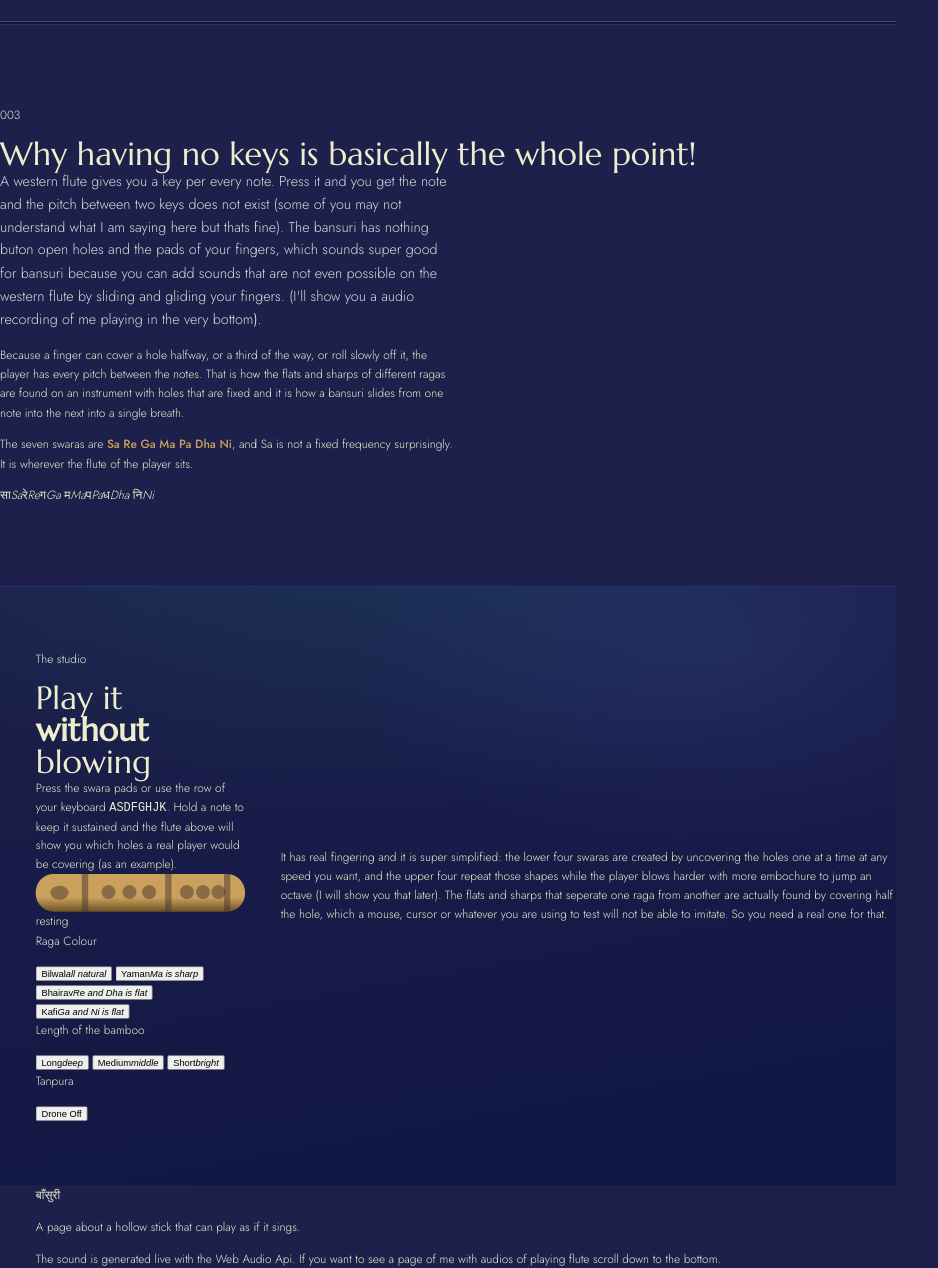
Repository: manayparikh1/Bansi
Page: index.html
The author's editor kept a copy of each file at every save. The page is drawn from the files as they stood at one save, then again after the next save.
The browser window is 1280 px wide. The page is 1340 px wide, so the pictures cover 1340 px, including what lies to the right of the window. The pictures show the part of the page from y = 4208 to 6048 px (the page is 6020 px tall before and 6048 px after), at 70% of full size.

Above is the page before, as saved 2026-09-21 15:12:31.

### index.html
<!DOCTYPE html>
<html lang="en">

<head>
    <meta charset="utf-8">
    <meta name="viewport" content="width=device-width, initial-scale=2.0">
    <title>Bansuri ——— the flute with NO keys</title>
    <link rel="preconnect" href="https://fonts.googleapis.com">
    <link rel="preconnect" href="https://fonts.gstatic.com" crossorigin>
    <link href="https://fonts.googleapis.com/css2?family=Marcellus&family=Jost:wght@300;400;500&display=swap"
        rel="stylesheet">
    <link rel="stylesheet" href="style.css">
</head>

<body>
    <div class="stars"></div>
    <nav class="bar">
        <span class="mark">बाँसुरी</span>
        <div class="links">
            <a href="#what">The bamboo object</a>
            <a href="#story">The story of it</a>
            <a href="#play">How is it actually played?</a>
            <a href="#studio" class="hot">Wanna try it?</a>
        </div>
    </nav>
    <!-- ===Hero=== -->
    <header class="hero" id="top">
        <div class="hero-inner">
            <p class="eyebrow">A cylinder full of life...and bamboo. Six holes. No keys, reeds, or metal anywhere.</p>
            <h1>The flute that<br>breaths like<br><em>a voice</em></h1>
            <p class="stand">
                There is actually nothing inside a bansuri. It is a piece of bamboo that comes in all shapes and sizes.
                And it is closed at one end with the holes of it burned throughout it on its surface by hand. Everything
                else comes out of a player's fingers and breath.
            </p>
            <a class="cta" href="#studio">Play one below? Scroll down.</a>
        </div>

        <div class="hero-flute">
            <div class="tube big">
                <span class="node n1"></span>
                <span class="node n2"></span>
                <span class="blow"></span>
                <span class="hole h0"></span>
                <span class="hole h1"></span>
                <span class="hole h2"></span>
                <span class="hole h3"></span>
                <span class="hole h4"></span>
                <span class="hole h5"></span>
            </div>
        </div>
        <a class="scroll-hint" href="#what">scroll</a>
    </header>

    <!-- ==1. the object-->
    <section class="band" id="what">
        <div class="wrap two-col">
            <div class="col-head">
                <p class="num">01</p>
                <h2>What even is a Bansuri?</h2>
            </div>
            <div class="col-body">
                <p class="lead">
                    A bansuri is a piece of bamboo and it is closed at one end with a blowing hole cut a few centimeters
                    from the end thats closed and that are around 6 to 7 finger holes running down the body of it (the
                    bamboo). That is basically the entire design, so no mechnical keys or any kind of mechanism is
                    added.
                </p>
                <p>
                    Flutists or flautists hold it sideways and they angle it slightly down to the right, and blow across
                    the edge of the hole instead of actually into it. The length of the bamboo decides the pitch of the
                    sound.
                </p>
                <div class="fact">
                    <b>6 to 7</b>
                    <span>holes instead of keys for your fingers</span>
                </div>
                <div class="fact"><b>2.5</b><span>the octaves from six different holes</span></div>
                <div class="fact"><b>30, 75</b><span>the range of the flute</span></div>
                <div class="fact"><b>1</b><span>piece of bamboo</span></div>
            </div>

            <p class="aside-note">
                The same exact instrument turns up across the subcontinent under dozens of names for example bansi,
                marali,
                pullankuzhal, and venuvu and in the south its called venu which is basically a type of bansuri and it
                has I
                think eight holes and it plays with a bright tone in my opinion.
            </p>
        </div>
        </div>
    </section>
    <!-- == 2.story -->
    <section class="band tint" id="story">
        <div class="wrap two-col">
            <div class="col-head">
                <p class="num">02</p>
                <h2>From being a cow herdler to performing in a concert hall.</h2>
            </div>
            <div class="col-body">
                <p class="hello">
                    The bamboo flute (bansuri) is so old that nobody can actuall date it. And it is carved into various
                    religious temple walls like Buddhist, Hindu, and Jain. It is super important for Krishna, who is a
                    Hindu god that is depicted for playing the most beautiful flute scales EVER.
                </p>
                <p>
                    Honestly for most of the history it pretty much stayed as a folk instrument. It was small and played
                    in villages and it did not appear on atleast one Hindustani conert stage at all and that all changed
                    one <strong>lifetime</strong>.
                </p>

                <div class="people">
                    <div class="person">
                        <p class="years">1911-1960</p>
                        <h3>Pannalal Ghosh</h3>
                        <p>
                            He was born in Barisal and he rebuilt the instrument to make it fit for classical music. And
                            it was much more longer than any other flute that time, around 32 inches I believe. It
                            dropped the pitch and gave it the sustain effect a raga needs. He popularized the seventh
                            hole and studied under someone named Allauddin Khan. Before him the bansuri was not even a
                            concert instrument, it was used only for village songs. But he made such a big change that
                            after him it was.
                        </p>
                    </div>
                    <div class="person">
                        <p class="years">Born on 1938</p>
                        <h3>Hariprasad Chaurasia</h3>
                        <p>
                            He is still alive today and one of my favourite flute players in the world. He carried it
                            out of India. Fifty years of recordings across most of the major ragas. He taught gurukul in
                            Vrindavan, and collabed with Western musicians and he gave the bansuri a profile thats
                            comparable with the sitar.
                        </p>
                    </div>
                </div>
                <p class="tabla">
                    In a performance the bansuri is usually joined by another Indian instrument called the Tabla, which
                    many of you have heard. It is used for rhythm and a tanpura droning underneath, holding the tonic of
                    the bansuri so the never loses its pitch. You can switch that drone on in the studio below.
                    <strong>Try it</strong>.
                </p>
            </div>
        </div>
    </section>
    <!--==3. how is it ac played-->
    <section class="band" id="play" <div class="wrap two-col">

        <div class="col-head" <p class="num">003</p>
            <h2>Why having no keys is basically the whole point!</h2>
            <div>
                <div class="col-body">
                    <p class="lead">
                        A western flute gives you a key per every note. Press it and you get the note and the pitch
                        between two keys does not exist (some of you may not understand what I am saying here but thats
                        fine). The bansuri has nothing buton open holes and the pads of your fingers, which sounds super
                        good for bansuri because you can add sounds that are not even possible on the western flute by
                        sliding and gliding your fingers. (I'll show you a audio recording of me playing in the very
                        bottom).
                    </p>
                    <p>
                        Because a finger can cover a hole halfway, or a third of the way, or roll slowly off it, the
                        player has every pitch between the notes. That is how the flats and sharps of different ragas
                        are found on an instrument with holes that are fixed and it is how a bansuri slides from one
                        note into the next into a single breath.
                    </p>
                    <p>
                        The seven swaras are <b>Sa Re Ga Ma Pa Dha Ni</b>, and Sa is not a fixed frequency surprisingly.
                        It is wherever the flute of the player sits.
                    </p>
                    <div class="rowforswaras">
                        <span>सा<i>Sa</i></span><span>रे<i>Re</i></span><span>ग<i>Ga</i></span>
                        <span>म<i>Ma</i></span><span>प<i>Pa</i></span><span>ध<i>Dha</i></span>
                        <span>नि<i>Ni</i></span>
                    </div>
                </div>
            </div>
    </section>
    <!-- ===4.Studio=== -->
    <section class="thestudio" id="thestudio">
        <div class="wrap">
            <header class="studio-head">
                <p class="gold">The studio</p>
                <h2>Play it <strong>without</strong> blowing</h2>
                <p class="studiosub">
                    Press the swara pads or use the row of your keyboard
                    <kbd>A</kbd><kbd>S</kbd><kbd>D</kbd><kbd>F</kbd><kbd>G</kbd><kbd>H</kbd><kbd>J</kbd><kbd>K</kbd>.
                    Hold a note to keep it sustained and the flute above will show you which holes a real player would
                    be covering (as an example).
                </p>
            </header>
            <!-- the main primary instrument with the actually tube creation-->
            <div class="instrument" id="theflute">
                <div class="tube">
                    <span class="node n1"></span>
                    <span class="node n2"></span>
                    <span class="node n3"></span>
                    <span class="blow"></span>
                    <span class="hole h0" id="h0"></span>
                    <span class="hole h1" id="h1"></span>
                    <span class="hole h2" id="h2"></span>
                    <span class="hole h3" id="h3"></span>
                    <span class="hole h4" id="h4"></span>
                    <span class="hole h5" id="h5"></span>
                    <!-- only these much holes are enough because its good for beginners. -->
                </div>
                <p class="breath" id="breath">resting</p>
            </div>
            <!-- Controls -->
            <div class="thedesk">
                <div class="set">
                    <p class="set-label">Raga Colour</p>
                    <div class="thechips" id="thaats">
                        <button type="button" class="chip on" data-thaat="bilwal">Bilwal<i>all natural</i></button>
                        <button type="button" class="chip" data-thaat="yaman">Yaman<i>Ma is sharp</i></button>
                        <button type="button" class="chip" data-thaat="bhairav">Bhairav<i>Re and Dha is flat</i>
                        </button>
                        <button type="button" class="chip" data-thaat="kafi">Kafi<i>Ga and Ni is flat</i></button>
                    </div>
                </div>
                <div class="set">
                    <!-- testing straight from my flute -->
                </div>
                <p class="set-label">Length of the bamboo</p>
                <div class="thechips" id="sizes">
                    <button type="button" class="chip" data-base="220.00">Long<i>deep</i></button>
                    <button type="button" class="chip on" data-base="293.66">Medium<i>middle</i></button>
                    <button type="button" class="chip" data-base="392.00">Short<i>bright</i></button>
                </div>
            </div>
            <div class="set">
                <p class="set-label">Tanpura</p>
                <div class="thechips">
                    <button type="button" class="chip" id="drone">Drone Off</button>
                </div>
            </div>
        </div>
        <!-- Swara pads for the fingerings virtual padss-->
        <div class="thepads" id="thepads"></div>
        <p class="thefootnote">
            It has real fingering and it is super simplified: the lower four swaras are created by uncovering the holes
            one at a time at any speed you want, and the upper four repeat those shapes while the player blows harder
            with more embochure to jump an octave (I will show you that later). The flats and sharps that seperate one
            raga from another are actually found by covering half the hole, which a mouse, cursor or whatever you are
            using to test will not be able to imitate. So you need a real one for that.
        </p>
        </div>
    </section>
    <div class="wrap">
        <!-- this is written in devanagri and it is written the same in hindi and nepali बाँसुरी : flute-->
        <footer class="foot">
            <p class="foot-big">बाँसुरी</p>
            <p>A page about a hollow stick that can play as if it sings.</p>
            <p class="small">
                The sound is generated live with the Web Audio Api. If you want to see a page of me with audios of
                playing flute scroll down to the bottom.
            </p>
    </div>
    </footer>
    <!-- above is gonna be the footer -->
    <script src="app.js"></script>
</body>

</html>

### style.css
:root {
    --night: #1c204a;
    --violet: #30397d;
    --deep: #101644;
    --cream: #ededcc;
    --bamboo: #C9A15c;
    --bamboo2: #C9A15c;
    --marigold: #ec9c40;
    --rose: #f17458;
    --peacock: #49925e;
    --muted: #f2f2f2;
    --wrap: 1360px;
    --pad: clamp(20px, 4vw, 64px);
}

* {
    box-sizing: border-box;
}

html {
    scroll-behavior: smooth;
}

body {
    margin: 0;
    color: var(--cream);
    background: var(--night);
    font-family: 'Jost', Helvetica, Arial, sans-serif;
    font-size: 17px;
    font-weight: 300;
    line-height: 1.6;
    overflow-x: hidden;
}

h1,
h2,
h3 {

    font-family: 'Marcellus', Georgia, serif;
    font-weight: 410;
    margin: 0;
    line-height: 1.0;
}

p {
    margin: 0 0 1.1em;
}

p:last-child {
    margin-bottom: 0;
}

b {
    font-weight: 500;
    color: var(--bamboo);
}

em {
    font-style: normal;
    color: var(--marigold);
}

.wrap {
    width: 100%;
    max-width: var(--wrap);
    margin: 0 auto;
    padding: 0 var(--pad);
}

/*-- the field where stars are gonna be added --*/
.stars {
    position: fixed;
    inset: 0;
    z-index: 0;
    pointer-events: none;

    background-image: radial-gradient(1.4px 1.4px at 13% 18%, rgba(243, 234, 217, 0.55) 50%, transparent 51%),
        radial-gradient(1.2px 1.2px at 34% 63%, rgba(243, 234, 217, 0.4) 50%, transparent 51%),
        radial-gradient(1.6px 1.6px at 58% 24%, rgba(243, 234, 217, 0.5) 50%, transparent 51%),
        radial-gradient(1.2px 1.2px at 77% 69%, rgba(243, 234, 217, 0.36) 50%, transparent 51%),
        radial-gradient(1.5px 1.5px at 90% 35%, rgba(243, 234, 217, 0.45) 50%, transparent 51%),
        radial-gradient(1.2px 1.2px at 25% 85%, rgba(243, 234, 217, 0.35) 50%, transparent 51%),
        radial-gradient(1.3px 1.3px at 66% 88%, rgba(243, 234, 217, 0.39) 50%, transparent 51%),
}

body>*:not(.stars) {
    position: relative;
    z-index: 1;
}

/*-- Nav --*/
.bar {
    position: sticky;
    top: 0;
    z-index: 30;
    display: flex;
    justify-content: space-between;
    align-items: center;
    gap: 20px;
    backdrop-filter: blur(8px);
    border-bottom: 1px solid #2a2a5f;
    padding: 15px var(--pad);
    background: rgba(30, 36, 81, 0.87);
}

.mark {
    font-size: 22px;
    font-family: 'Marcellus', serif;
    color: var(--bamboo);
}

.links {
    display: flex;
    gap: 25px;
    flex-wrap: wrap;
}

.links a {
    font-size: 15px;
    color: var(--muted);
    text-decoration: none;
}

.links a:hover {
    color: var(--cream);
}

/* No matter what, marigold should be used for the hot class,
so !important is added to override any other styles that may be applied to it. */
.hot {
    color: var(--marigold) !important;
}

/*hero*/
/* I change the view height a bit to make it more visually appealing */
.hero {
    position: relative;
    min-height: calc(100vh - 57px);
    min-height: calc(100svh - 57px);
    display: flex;
    flex-direction: column;
    justify-content: center;
    padding: 40px var(--pad) 70px;
    background:
        radial-gradient(1100px 620px at 78% 22%, rgba(35, 42, 92, 0.85) 0%, transparent 70%),
        radial-gradient(760px 423px at 8% 85%, rgba(31, 165, 160, 0.1), transparent 70%);
}

.hero-inner {
    max-width: 680px;
}

.eyebrow {
    font-size: 12.5px;
    letter-spacing: 0.22em;
    text-transform: uppercase;
    color: var(--peacock);
    margin-bottom: 22px;
}

.eyebrow.g {
    color: var(--marigold);
}

h1 {
    font-size: clamp(42px, 6.6vw, 96px);
    margin-bottom: 26px;
}

.stand {
    max-width: 56ch;
    font-size: clamp(17px, 2.1vw, 22px);
    color: #7f7f7f;
    margin-bottom: 29px;
}

.cta {
    display: inline-block;
    letter-spacing: 0.05em;
    background: var(--bamboo);
    padding: 14px 29px;
    font-size: 15px;
    color: var(--night);
}

.cta:hover {
    background: var(--marigold);
}

.hero-flute {
    position: absolute;
    right: -5%;
    bottom: 11%;
    width: 62%;
    max-width: 890px;
    transform: rotate(-13.5deg);
    opacity: 0.945;
    pointer-events: none;
    animation: float 9s ease-in-out infinite;
}

/*helps with the animation of the design*/
.scroll-hint {
    position: absolute;
    left: var(--pad);
    bottom: 25px;
    letter-spacing: 0.3em;
    text-transform: uppercase;
    color: var(--muted);
    font-size: 12px;
}

/*bambooo*/
.tube {
    position: relative;
    border-radius: 26px;
    height: 54px;
    background: linear-gradient(180deg, var(--bamboo) 0%, var(--bamboo2) 62%, #6F5124 100%);
}

/*be careful of spacing because there was syntax-errors*/
.tube.big {
    height: 62px;
    border-radius: 30px;
}

.node {
    position: absolute;
    top: 0;
    bottom: 0;
    width: 9px;
    background: rgba(73, 55, 46, 0.5)
}

/* THE FLUTE PIC TyPE OF THING WILL BE ON THE TOP OF THE PAGE (not the testing one) */
.n1 {
    left: 22%
}

.n2 {
    left: 62%;
}

.n3 {
    left: 90%;
}

.blow {
    position: absolute;
    left: 7%;
    top: 50%;
    width: 26px;
    height: 20px;
    margin-top: -10px;
    border-radius: 50%;
    background: rgba(73, 55, 46, 0.5);
}

.hole {
    position: absolute;
    top: 50%;
    width: 20px;
    height: 20px;
    margin-top: -11px;
    border-radius: 50%;
    background: rgba(73, 55, 46, 0.5);
    transition: background 0.09s, box-shadow 0.09s;
}

.h0 {
    left: 31.5%;
}

.h1 {
    left: 41.5%;
}

.h2 {
    left: 51%;
}

.h3 {
    left: 69%;
}

.h4 {
    left: 76.5%;
}

.h5 {
    left: 84%;
}

/*--the bands*/
/*it is the titles of the whole thing (very important for looks+organization*/
.band {
    padding: clamp(70px, 9vw, 130px) 0;
    /*changing it into a dual line which willl look SUPER awesome*/
    border-top: 1px solid var(--violet);
    box-shadow: 0 -3px 0 0 var(--deep), 0 -4px 0 0 rgba(201, 161, 92, 0.4);
}

.band.tint {
    background: linear-gradient(170deg, var(--), var(--night));
}

.two-col {
    display: grid;
    grid-template-columns: minmax(200px, 300px);
    gap: clamp(28px, 5vw, 80px);
    align-items: start;
}

.num {
    font-family: 'Marcellus', serif;
    color: var(--rose);
    margin-bottom: 15px;
    font-size: 16px;
}

h2 {
    font-size: clamp(30px, 3.6vw, 52px);
}

.col-body {
    max-width: 66ch;
}

.lead {
    font-size: clamp(18px, 1.6vw, 21px);
    color: #dcd8d8;
}

.aside-note {
    margin: 26px;
    padding: 18px 22px;
    border-left: 2px solid var(--peacock);
    color: var(--muted);
    font-size: 15px;
}

/*the facts strip with the famous figures*/
.facts {
    display: grid;
    grid-template-columns: repeat(auto-fit, minmax(min(130px, 100%), 1fr));
    gap: 18px;
    /*looks better for reading:*/
    margin-top: 34px;
    margin-bottom: 4px;
    padding-top: 26px;
    border-top: 1px solid var(--violet);
}

.fact b {
    display: block;
    font-family: 'Marcellus', Georgia, serif;
    font-size: clamp(36px, 5vw, 54px);
    color: var(--bamboo);
    line-height: 0.95;
    letter-spacing: -00.03em;
    margin-bottom: 8px;
    text-shadow: 0 2px 12px rgba(201, 161, 91, 0.15);
}

.fact span {
    display: block;
    font-size: 13px;
    color: var(--muted);
    margin-top: 8px;
    line-height: 1.4;
}

/*people*/
.figures {
    display: grid;
    grid-template-columns: repeat(auto-fit, minmax(250px, 1fr));
    gap: 20px;
    margin-top: 32px;
}

.person {
    border: 1px solid #313768;
    padding: 22px 24px;
}

.years {
    font-size: 12px;
    letter-spacing: 0.16em;
    color: var(--rose);
    margin-bottom: 6px;
}

.person h3 {
    font-size: 22px;
    margin-bottom: 10px;
    color: var(--bamboo);
}

.person p {
    font-size: 15px;
    color: var(--muted);
}

/*--swara row--*/
.swara-row {
    display: flex;
    gap: 10px;
    flex-wrap: wrap;
    margin-top: 32px;
}

.swara-row span {
    flex: 1;
    min-width: 78px;
    text-align: center;
    border: 1px solid #2f2f6b;
    padding: 14px 6px;
    font-family: 'Marcellus', serif;
    font-size: 26px;
    color: var(--bamboo);
}

.swara-row i {
    display: block;
    font-family: 'Jost', sans-serif;
    font-style: normal;
    font-size: 12px;
    letter-spacing: 0.12em;
    color: var(--muted);
    margin-top: 4px;
}

/*studio*/

.thestudio {
    min-height: 100vh;
    min-height: 100svh;
    display: flex;
    align-items: center;
    padding: clamp(60px, 7vw, 100px) 0;
    background:
        radial-gradient(1100px 548px at 42% -10%, rgba(31, 165, 160, 0.14) 0%, transparent 75%),
        radial-gradient(760px 423px at 80% 10%, rgba(48, 57, 125, 0.4) 0%, transparent 70%),
        linear-gradient(170deg, var(--night), var(--deep));
    border-top: 1px solid var(--violet);
}

Loaded but not shown: app.js (no stored copy; drawn as an empty file)

After the next save:
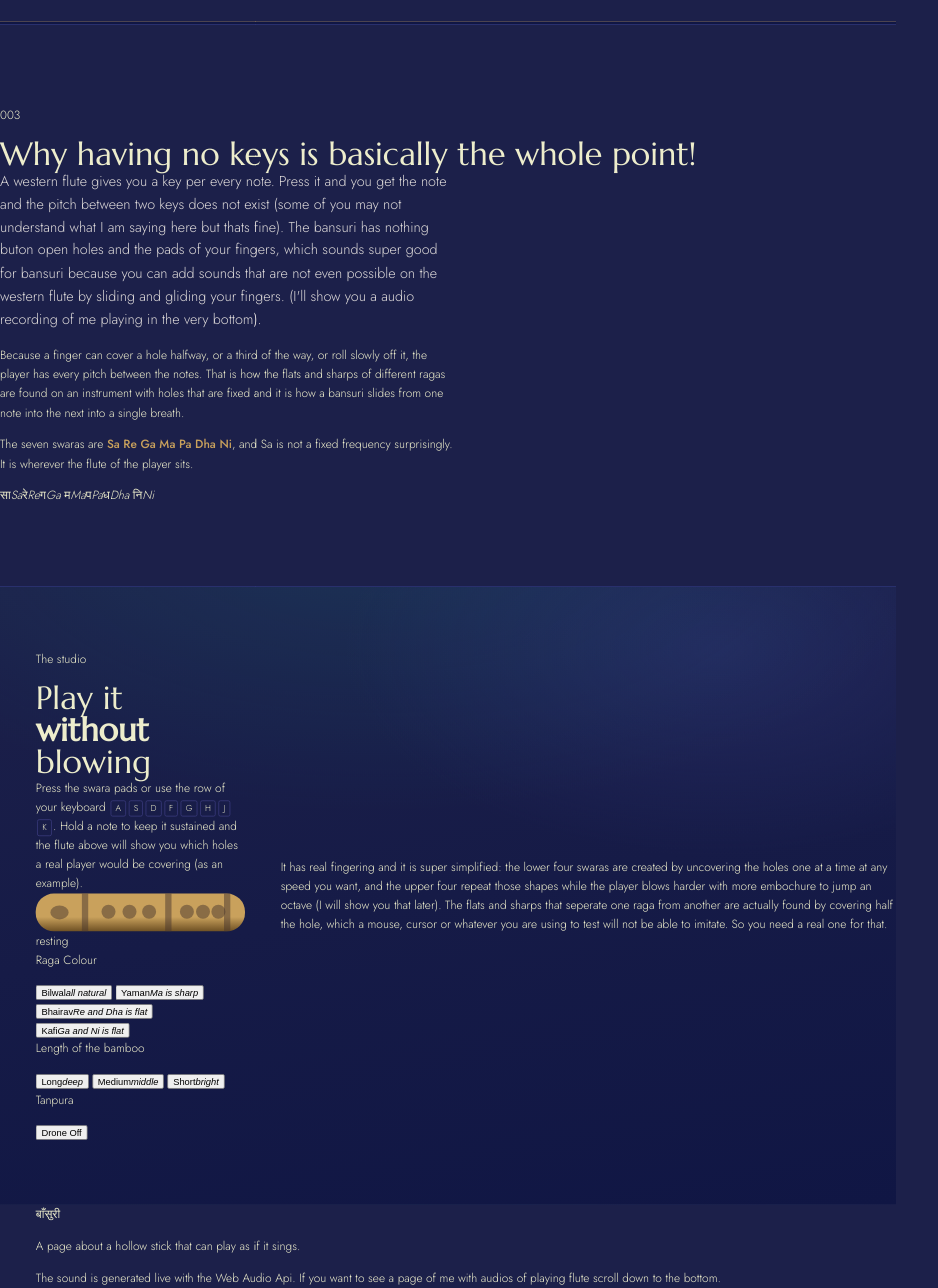
Saved 6 min 54 s later.
--- a/style.css
+++ b/style.css
@@ -444,3 +444,28 @@ h2 {
         linear-gradient(170deg, var(--night), var(--deep));
     border-top: 1px solid var(--violet);
 }
+
+.thestudio-head {
+    max-width: 62ch;
+    margin-bottom: 34px;
+}
+
+.thestudio-head h2 {
+    margin-bottom: 14px;
+}
+
+.thestudio-sub {
+    color: var(--muted);
+    font-size: 15.5px;
+}
+
+kbd {
+    display: inline-block;
+    font-family: inherit;
+    font-size: 12.3px;
+    border: 1px solid #3e3e83;
+    border-radius: 3px;
+    padding: 1px 6px;
+    margin: 0 2px;
+    color: var(--cream);
+}
